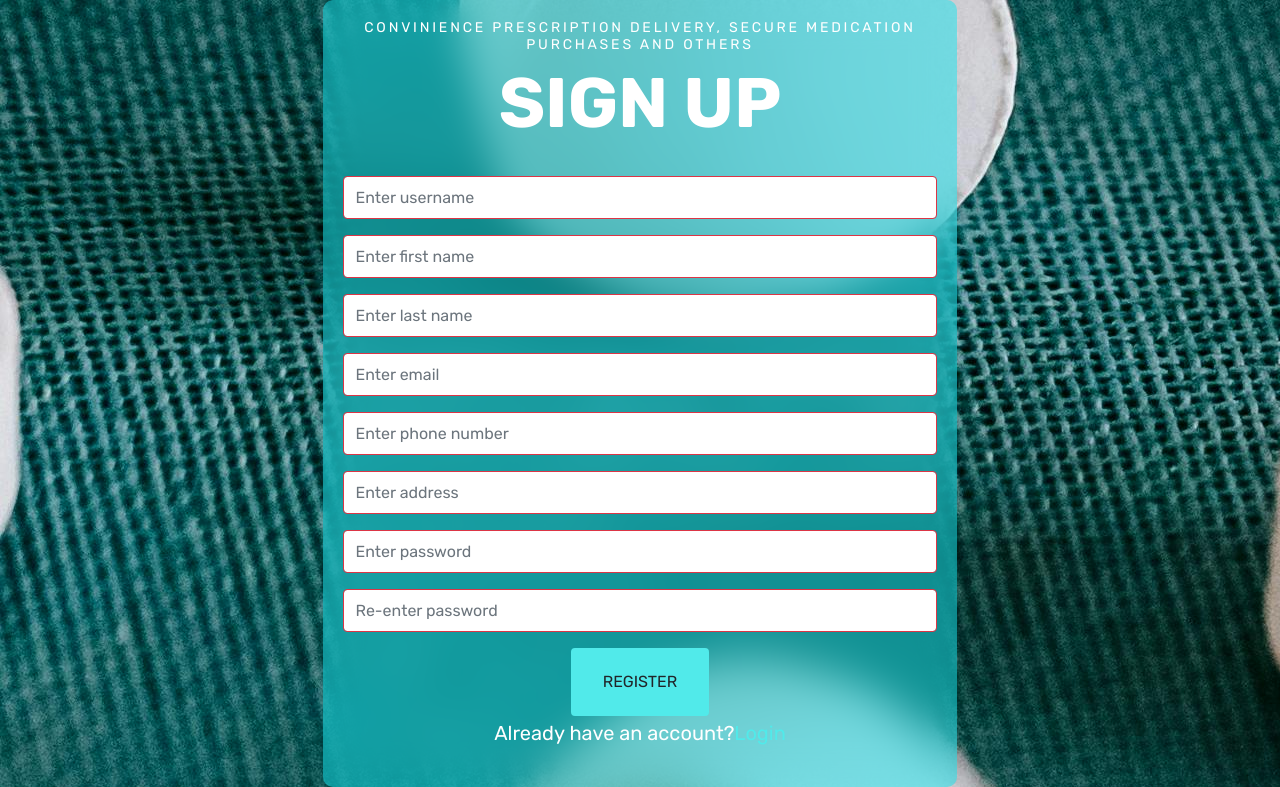
Repository: Argivist/Web-Doctor
Page: http://localhost/login/register.php
The author's editor kept a copy of each file at every save. The page is drawn from the files as they stood at one save, then again after the next save.
The browser window is 1280 px wide. The pictures show the whole page.
Some web fonts or font styles are not loaded; a fallback is used. The page is run by PHP 8.4 with error messages shown; the project is at /var/www/html/.

Above is the page before, as saved 2024-03-16 22:41:12.

### login/register.php
<!DOCTYPE html>
<html lang="en">

<head>
    <meta charset="UTF-8">
    <meta name="viewport" content="width=device-width, initial-scale=1.0">
    <title>Document</title>
    <link href="https://fonts.googleapis.com/css?family=Rubik:400,700|Crimson+Text:400,400i" rel="stylesheet">
    <link rel="stylesheet" href="fonts/icomoon/style.css">
    <link rel="stylesheet" href="../css/bootstrap.min.css">
    <link rel="stylesheet" href="../css/magnific-popup.css">
    <link rel="stylesheet" href="../css/jquery-ui.css">
    <link rel="stylesheet" href="../css/owl.carousel.min.css">
    <link rel="stylesheet" href="../css/owl.theme.default.min.css">
    <link rel="stylesheet" href="../css/style.css">
    <link rel="stylesheet" href="../css/aos.css">
</head>

<body style="background-image: url('../img/background/pharmacy_1.jpg');">
    <div class="site-wrap justify-content-center" >

        <div class="site-blocks-cover" >
            <div class="container">
                <div class="row">
                    <div class="col-lg-7 mx-auto order-lg-2 align-self-center">
                        <div class="site-block-cover-content text-center" style="backdrop-filter:blur(20px); background:rgba(22,230,240,0.5); padding:20px; border-radius:10px;">
                            <h2 class="sub-title"><?php if (isset($_GET['error'])) {
                                                        echo "<div class='alert alert-danger' role='alert'>". $_GET['error']."</div>";
                                                    } else {
                                                        echo "Convinience Prescription Delivery, Secure Medication Purchases and others";
                                                    } ?></h2>
                            <h1>Sign Up</h1>
                            <form action="../actions/register_user.php" method="POST" class="was-validated">
                                <div class="mb-3 mt-3 ">
                                    <input type="text" class="form-control" id="uname" placeholder="Enter username" name="uname" required>
                                </div>
                                <div class="mb-3">
                                    <!--firstname-->
                                    <input type="text" class="form-control" id="fname" placeholder="Enter first name" name="fname" required>
                                </div>
                                <div class="mb-3">
                                    <input type="text" class="form-control" id="lname" placeholder="Enter last name" name="lname" required>
                                </div>
                                <div class="mb-3">
                                    <input type="email" class="form-control" id="email" placeholder="Enter email" name="email" pattern="[a-z0-9._%+-]+@[a-z0-9.-]+\.[a-z]{2,}$" required>
                                </div>
                                <div class="mb-3">
                                    <input type="text" class="form-control" id="phone" placeholder="Enter phone number" name="phone" pattern="[0-9]{10}" required>
                                </div>
                                <div class="mb-3">
                                    <input type="text" class="form-control" id="address" placeholder="Enter address" name="address" required>
                                </div>
                                <div class="mb-3">
                                    <input type="password" class="form-control" id="pwd" placeholder="Enter password" name="passwd" required>
                                </div>
                                <div class="mb-3">
                                    <input type="password" class="form-control" id="pwd" placeholder="Re-enter password" name="rpasswd" required>
                                </div>
                                <div class="mb-3" style="margin-bottom:30px;">
                                    <button type="submit" class="btn btn-primary">Register</button>
                                    <p>Already have an account?<a href="login.php">Login</a></p>
                                </div>

                            </form>
                        </div>
                    </div>
                </div>

            </div>
</body>

</html>

Loaded but not shown: css/bootstrap.min.css (library); css/magnific-popup.css (library); css/jquery-ui.css (library); css/owl.carousel.min.css (common file); css/owl.theme.default.min.css (common file); css/aos.css (library); css/style.css (1125 lines, source omitted)

After the next save:
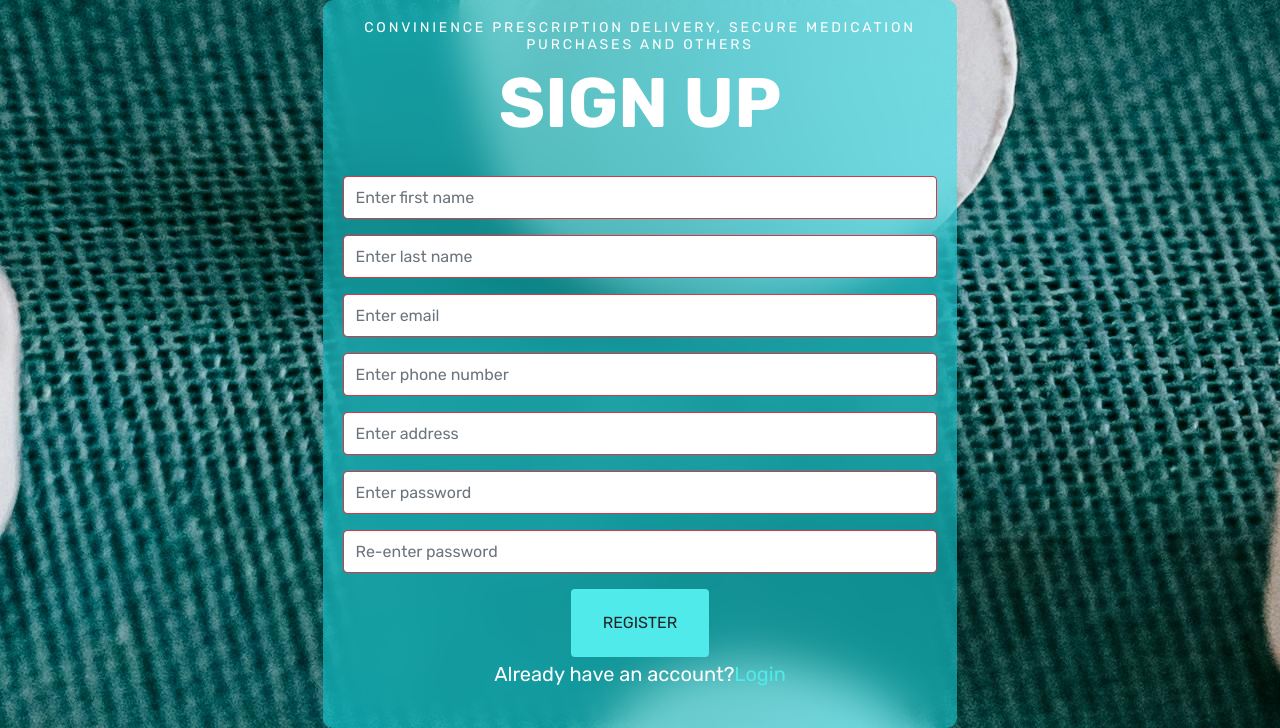
Saved 4 min 56 s later.
--- a/login/register.php
+++ b/login/register.php
@@ -31,9 +31,9 @@
                                                     } ?></h2>
                             <h1>Sign Up</h1>
                             <form action="../actions/register_user.php" method="POST" class="was-validated">
-                                <div class="mb-3 mt-3 ">
+                                <!-- <div class="mb-3 mt-3 ">
                                     <input type="text" class="form-control" id="uname" placeholder="Enter username" name="uname" required>
-                                </div>
+                                </div> -->
                                 <div class="mb-3">
                                     <!--firstname-->
                                     <input type="text" class="form-control" id="fname" placeholder="Enter first name" name="fname" required>
